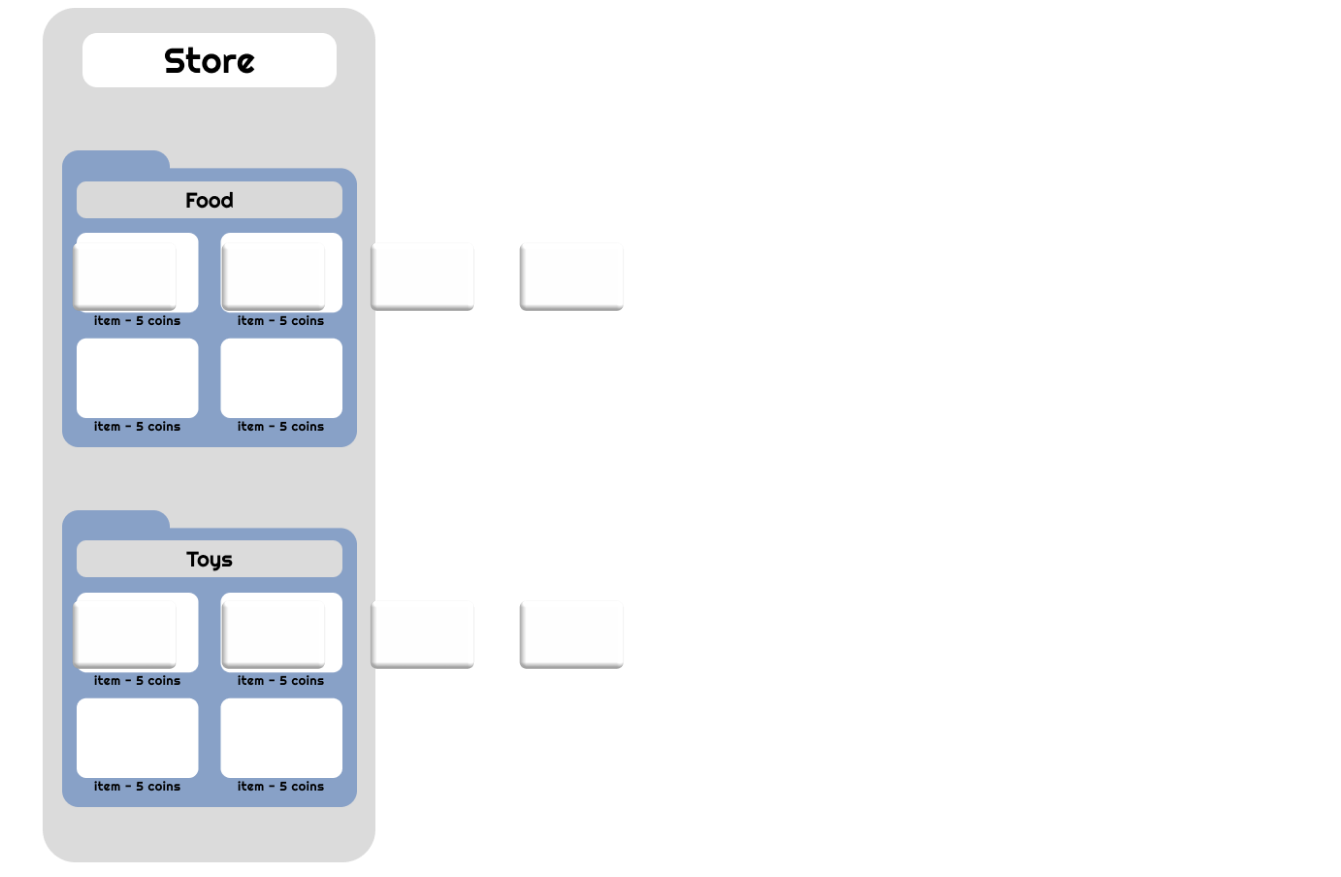
Repository: alemunden/Trash-Scavengers
Page: /ScrappyStore
These files come from the project's save history. The page is drawn as it stood at one moment and after the next save; the edit follows.
The browser window is 1280 px wide. The page is 1280 px wide, then 1382 px, so the pictures cover 1382 px, including what lies to the right of the window. The pictures show the whole page, at 97% of full size.
The project was rebuilt for these pictures with package versions that can differ from the ones it lists, and the page was loaded fresh each time. The framework's server and built-in components were replaced by stand-ins that run in the browser. Also part of the build but not shown: next.config.mjs.

Above is the page before, as saved 2024-04-29 17:20:27.

### pages/ScrappyStore.js
import styles from '@/styles/ScrappyStore.module.css'
import Image from 'next/image'
import { storeItems } from '@/data/storeItems'

export default function ScrappyStore() {
    return(
        <>
        <div className={styles.store}>
            <div className={styles.foodItems}>
                <Image src={'/storeitem.png'} width={153.6} height={73.1}/>
                <Image src={'/storeitem.png'} width={153.6} height={73.1}/>
                <Image src={'/storeitem.png'} width={153.6} height={73.1}/>
                <Image src={'/storeitem.png'} width={153.6} height={73.1}/>
            </div>
            <div className={styles.toyItems}>
                <Image src={'/storeitem.png'} width={153.6} height={73.1}/>
                <Image src={'/storeitem.png'} width={153.6} height={73.1}/>
                <Image src={'/storeitem.png'} width={153.6} height={73.1}/>
                <Image src={'/storeitem.png'} width={153.6} height={73.1}/>
            </div>
            <Image src={'/storebackground.png'} width={343} height={881}/>
        </div>
        </>
    )
}

### styles/globals.css
:root {
    --white: #FFFFFF;
    --black: #000;
    --light-green: #B4E88C;
    --light-blue: #9EBAE5;
    --light-gray: #c5c5c5;
    --light-yellow: #F3CD70;
    --light-pink: #F3D9D9;
    --medium-green: #429600;
    --gold: #ED9F26;

}

html, body {
    overflow-x: hidden;
    background-color: var(--white);
    height: 896px;
    width: 414px;
  }

main {
    padding: 1rem;
  }

li {
    list-style-type: none;
    cursor: pointer;
    margin: 1rem;
    width: 100%;
    padding: 0.5rem;
    color: #000105;
    background-color: var(--light-blue);
    border-radius: 1rem;
    border-bottom: 6px solid #7893bb;
    font-family: "Righteous", sans-serif;
    text-align: center;
    font-size: 1.5rem;
  }

.liHover:hover {
    background-color: #7893bb;
    columns: #fff;
}

.liSelected {
    color: #fff;
    background-color: #000925;
}

.homePageCard {
  margin-left: -5%;
  margin-top: 48%;
}

.searchBar {
  margin-left: -5%;
  margin-bottom: -48%;
}

.logInAndSettings {
  margin-left: 63%;
  margin-right: -5%;
  margin-top: 8%;
}

.dateIndex {
  font-family: 'Righteous';
  margin-bottom: -18%;
  margin-top: 8%;
}

.searchBarInfo {
  margin-left: -5%;
  margin-top: -0.1%;
}

.logInSettingsInfo {
  margin-left: 63%;
  margin-right: -5%;
  padding-left: 19px;
  padding-bottom: -10px;
  margin-top: 8%;
}

.infoCard {
  margin-left: -5%;
}

.logInSettingsDepots {
  margin-left: 64%;
  margin-right: -5%;
  padding-left: 9px;
  margin-top: 8%;
}

.searchBarDepots {
  margin-left: -5%;
}

.depotsCard {
  margin-left: -5%;
}

.logInSettingsYourDepots {
  margin-left: 50%;
  margin-right: -5%;
  padding-left: 65px;
  margin-top: 8%;
}

.searchBarYourDepots {
  margin-left: -5%;
}

.yourDepotsCard {
  margin-left: -5%;
}

### styles/ScrappyStore.module.css
.store {
    display: flex;
    justify-content: center;
}

.foodItems {
    position: absolute;
    display: flex;
    flex-direction: row;
    flex-wrap: wrap;
    top: 15.6rem;
    left: 3.2rem;
    column-gap: 0rem;
    row-gap: 2rem;
}

.toyItems {
    position: absolute;
    display: flex;
    flex-direction: row;
    flex-wrap: wrap;
    top: 38.7rem;
    left: 3.2rem;
    column-gap: 0rem;
    row-gap: 2rem;
}

### data/storeItems.js
export const storeItems = {
    totalItems: 8,
    items: [
        {
            name: 'Apple',
            cost: 5
        },
        {
            name: 'Banana',
            cost: 4
        },
        {
            name: 'Sandwich',
            cost: 10
        },
        {
            name: 'Cookie',
            cost: 7
        }
    ]
}

Loaded but not shown: pages/_app.js (common file); pages/_document.js (common file); pages/api/hello.js (common file)

After the next save:
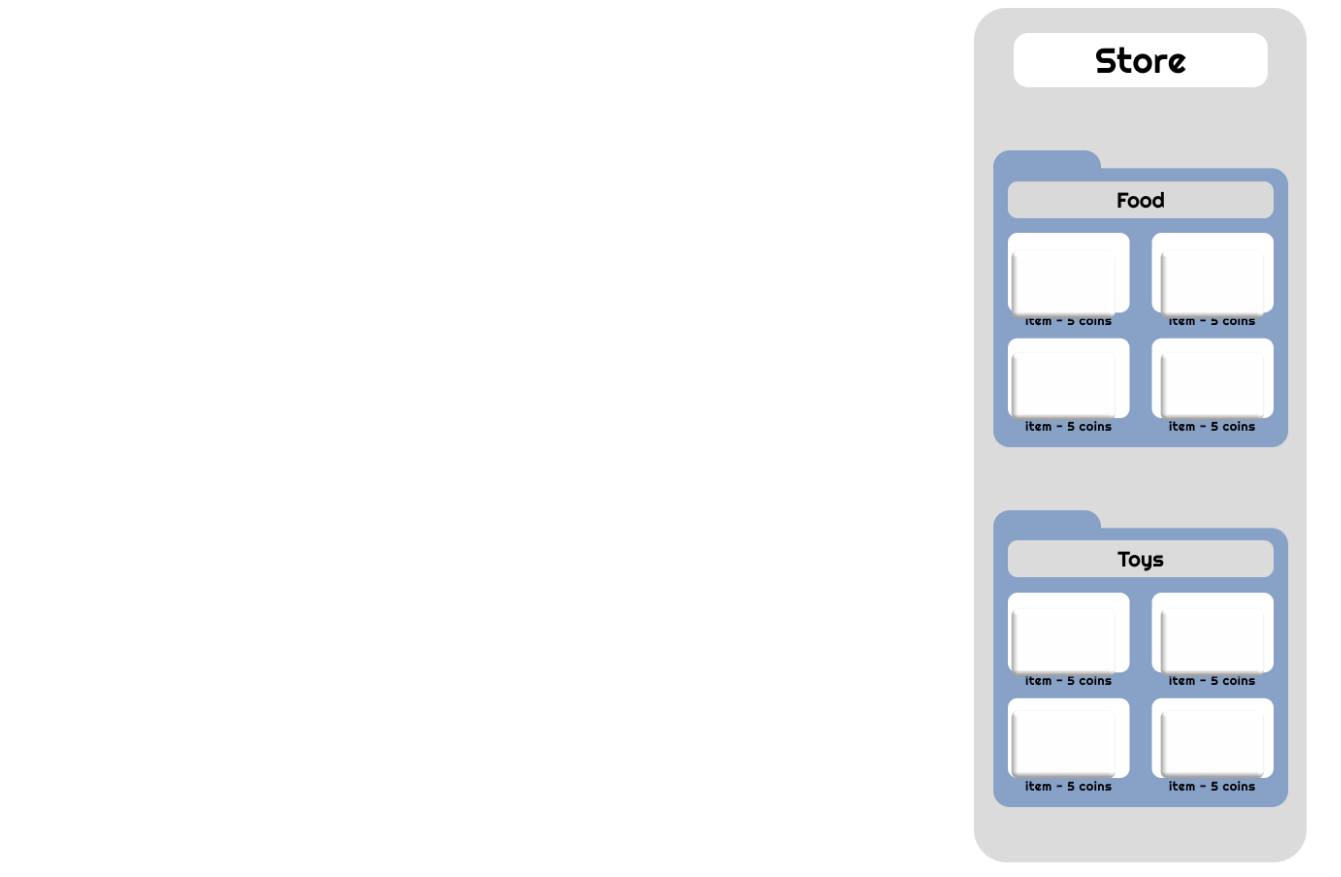
Saved 45 s later.
--- a/styles/globals.css
+++ b/styles/globals.css
@@ -16,6 +16,8 @@ html, body {
     background-color: var(--white);
     height: 896px;
     width: 414px;
+    position: absolute;
+    left: 30rem;
   }
 
 main {
